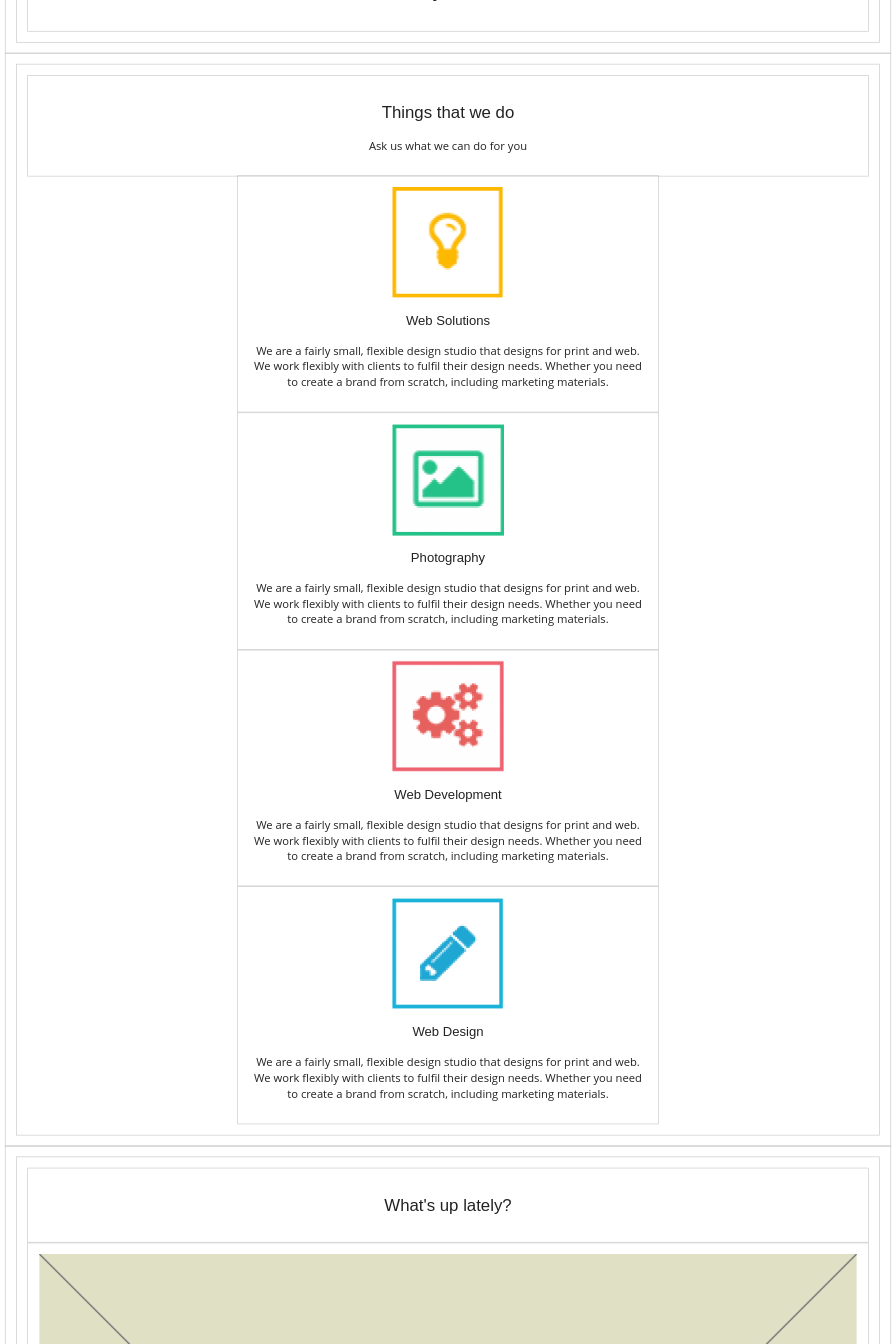
Repository: lpcmendoza/LAB02BF_Group9
Page: index.html
An editor plug-in stored every save of this project. The page is shown before and after the next save, followed by the edit.
The browser window is 1280 px wide. The pictures show the part of the page from y = 1663 to 3583 px (the page is 15832 px tall before and 15864 px after), at 70% of full size.

Above is the page before, as saved 2024-02-11 21:58:22.

After the next save:
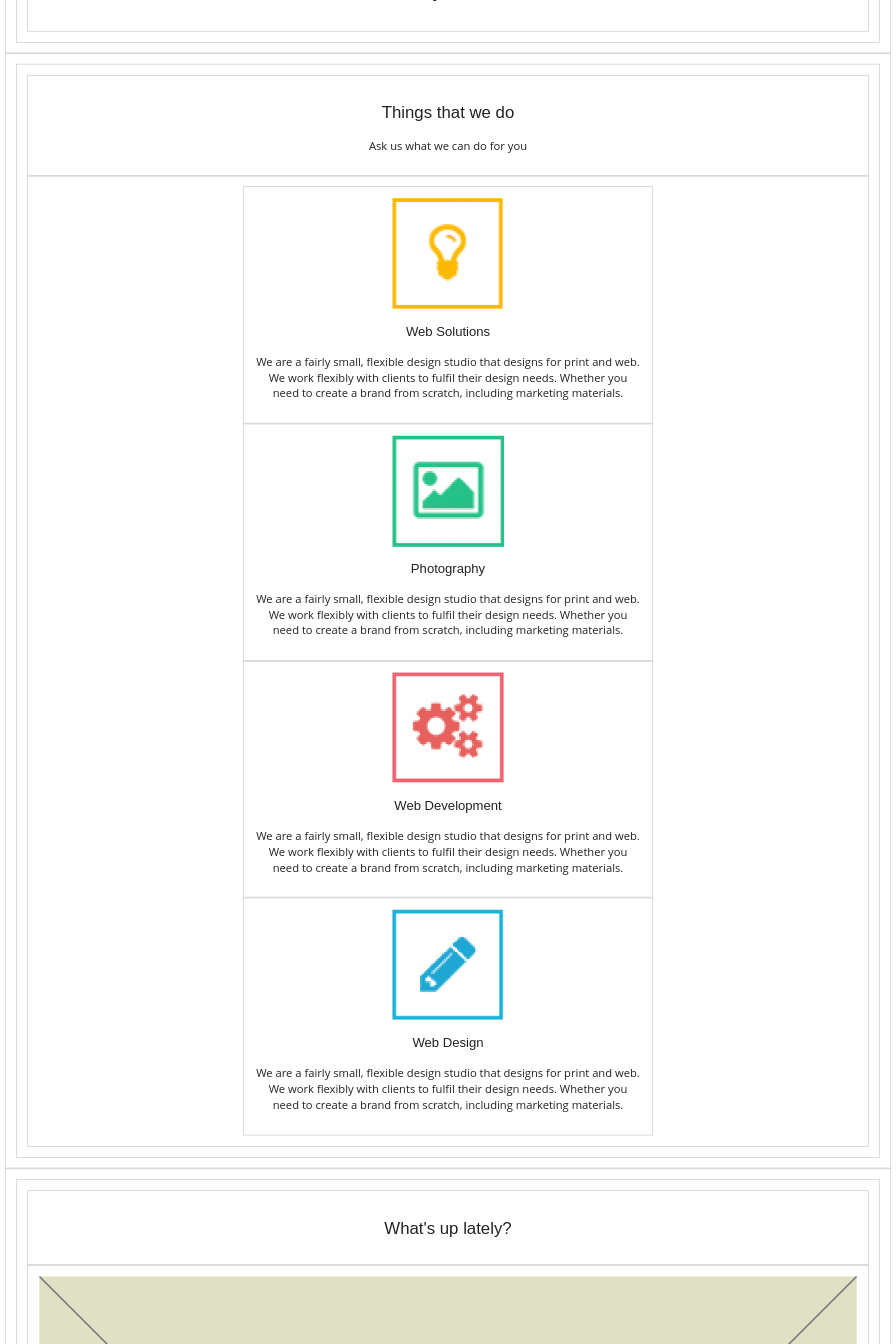
Saved 21 s later.
--- a/index.html
+++ b/index.html
@@ -60,26 +60,28 @@
         <h2>Things that we do</h2>
         <p>Ask us what we can do for you</p>
       </div>
-      <div class="what-we-do-container-body">
-        <img class="icons" src="img/icon-web-solutions.png" alt="Web Solutions Icon">
-        <h3>Web Solutions</h3>
-        <p>We are a fairly small, flexible design studio that designs for print and web. We work flexibly with clients to fulfil their design needs. Whether you need to create a brand from scratch, including marketing materials.</p>
-      </div>
-      <div class="what-we-do-container-body">
-        <img class="icons" src="img/icon-photography.png" alt="Photography Icon">
-        <h3>Photography</h3>
-        <p>We are a fairly small, flexible design studio that designs for print and web. We work flexibly with clients to fulfil their design needs. Whether you need to create a brand from scratch, including marketing materials.</p>
-      </div>
-      <div class="what-we-do-container-body">
-        <img class="icons" src="img/icon-web-development.png" alt="Web Development Icon">
-        <h3>Web Development</h3>
-        <p>We are a fairly small, flexible design studio that designs for print and web. We work flexibly with clients to fulfil their design needs. Whether you need to create a brand from scratch, including marketing materials.</p>
-      </div>
-      <div class="what-we-do-container-body">
-        <img class="icons" src="img/icon-web-design.png" alt="Web Design Icon">
-        <h3>Web Design</h3>
-        <p>We are a fairly small, flexible design studio that designs for print and web. We work flexibly with clients to fulfil their design needs. Whether you need to create a brand from scratch, including marketing materials.</p>
-      </div>
+      <div>
+        <div class="what-we-do-container-body">
+          <img class="icons" src="img/icon-web-solutions.png" alt="Web Solutions Icon">
+          <h3>Web Solutions</h3>
+          <p>We are a fairly small, flexible design studio that designs for print and web. We work flexibly with clients to fulfil their design needs. Whether you need to create a brand from scratch, including marketing materials.</p>
+        </div>
+        <div class="what-we-do-container-body">
+          <img class="icons" src="img/icon-photography.png" alt="Photography Icon">
+          <h3>Photography</h3>
+          <p>We are a fairly small, flexible design studio that designs for print and web. We work flexibly with clients to fulfil their design needs. Whether you need to create a brand from scratch, including marketing materials.</p>
+        </div>
+        <div class="what-we-do-container-body">
+          <img class="icons" src="img/icon-web-development.png" alt="Web Development Icon">
+          <h3>Web Development</h3>
+          <p>We are a fairly small, flexible design studio that designs for print and web. We work flexibly with clients to fulfil their design needs. Whether you need to create a brand from scratch, including marketing materials.</p>
+        </div>
+        <div class="what-we-do-container-body">
+          <img class="icons" src="img/icon-web-design.png" alt="Web Design Icon">
+          <h3>Web Design</h3>
+          <p>We are a fairly small, flexible design studio that designs for print and web. We work flexibly with clients to fulfil their design needs. Whether you need to create a brand from scratch, including marketing materials.</p>
+        </div>
+    </div>
     </div>
   </div>
 
